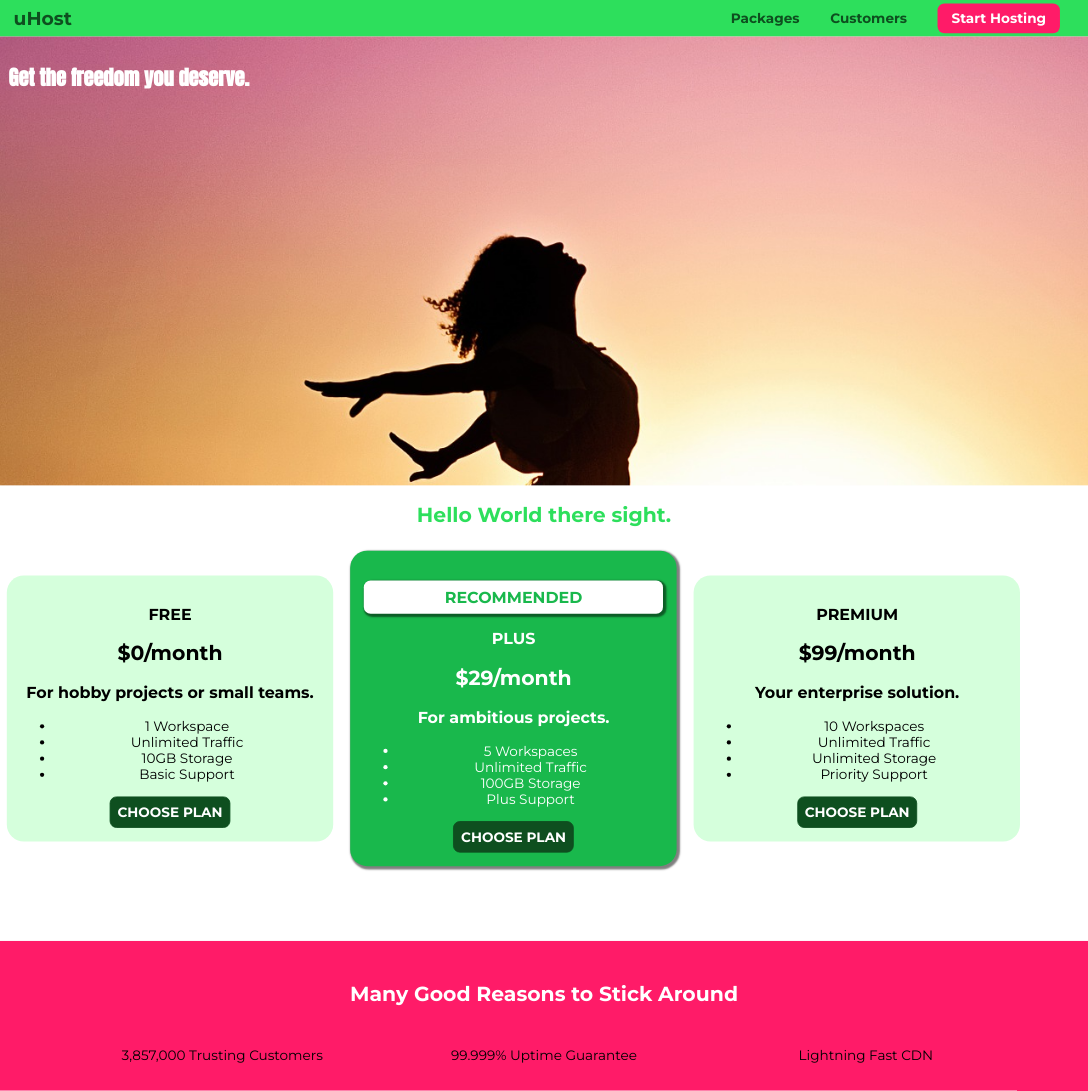
Repository: xtremer15/Css-JS
Page: Css-JS/JS and CSS Study/CSS/basics-01-understanding-the-course-project-starting-code/CSS Study/index.html
These files come from the project's save history. The page is drawn as it stood at one moment and after a run of saves; the edit follows.
The browser window is 1280 px wide. The pictures show the whole page, at 85% of full size.

Above is the page before, as saved 2020-04-01 12:53:51.

After the next 16 saves:
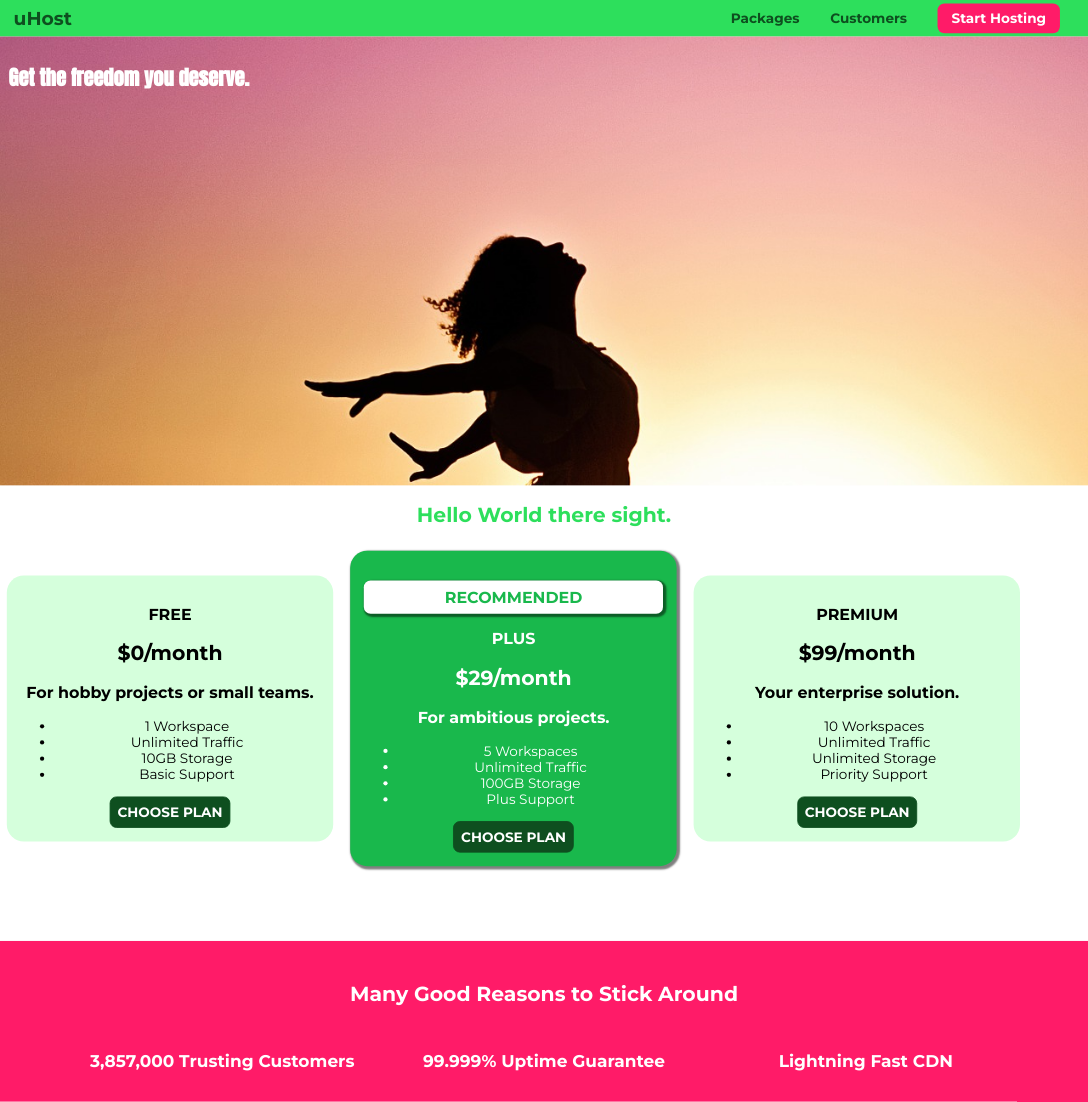
The 16 saves are shown as one change because they came seconds apart.
The last was saved 26 s later.
--- a/Css-JS/JS and CSS Study/CSS/basics-01-understanding-the-course-project-starting-code/CSS Study/main.css
+++ b/Css-JS/JS and CSS Study/CSS/basics-01-understanding-the-course-project-starting-code/CSS Study/main.css
@@ -93,9 +93,11 @@ button:active {
   width: 30%;
 }
 
-.key-feature__description{
+.key-feature__description {
   text-align: center;
-  text-w
+  font-weight: bold;
+  color: #fff;
+  font-size: 20px;
 }
 
 /* h1 {
